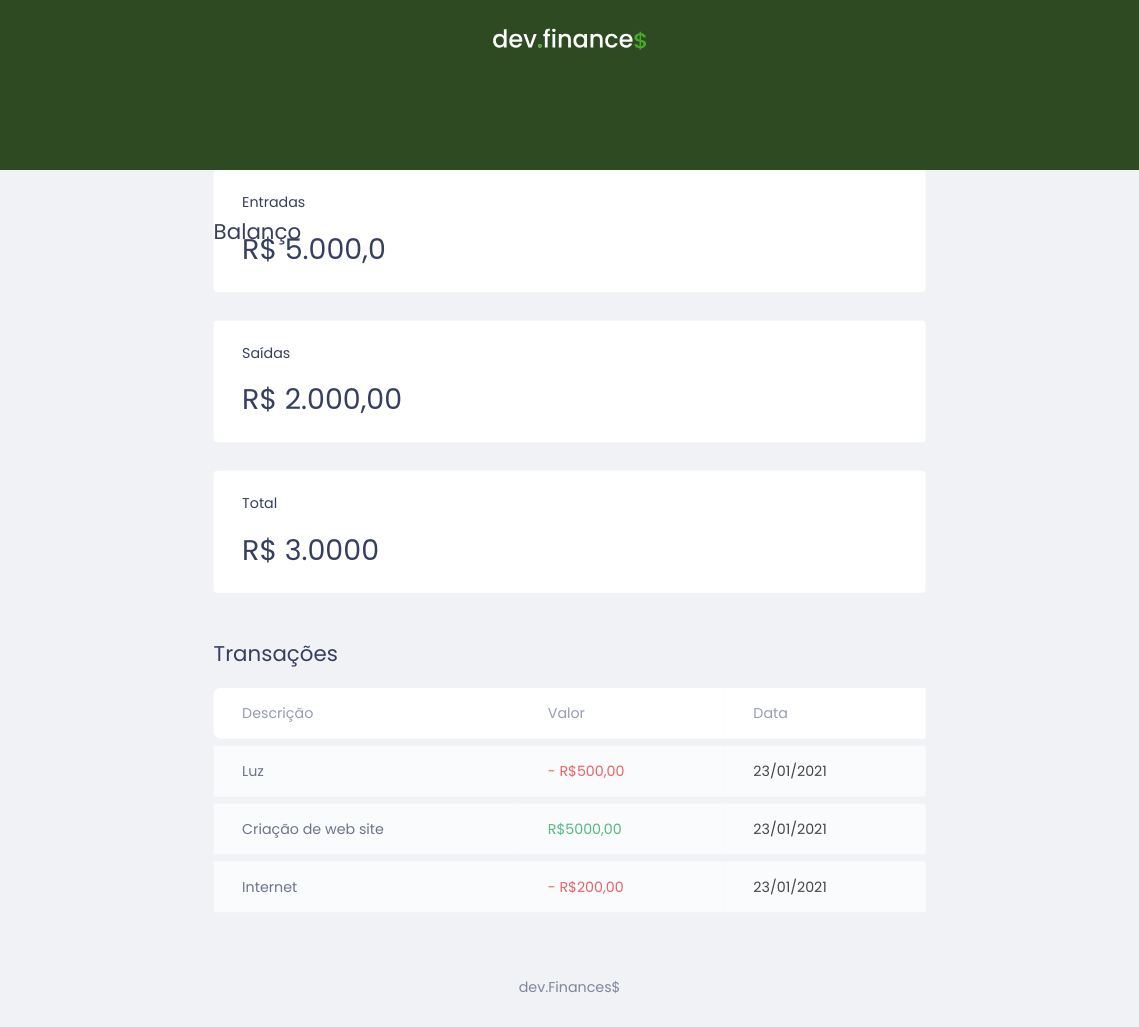
Repository: rafaelmgr12/maratona-dev01
Page: index.html
An editor plug-in stored every save of this project. The page is shown before and after the next save, followed by the edit.
The browser window is 1280 px wide. The pictures show the whole page, at 89% of full size.

Above is the page before, as saved 2021-04-27 19:51:18.

After the next save:
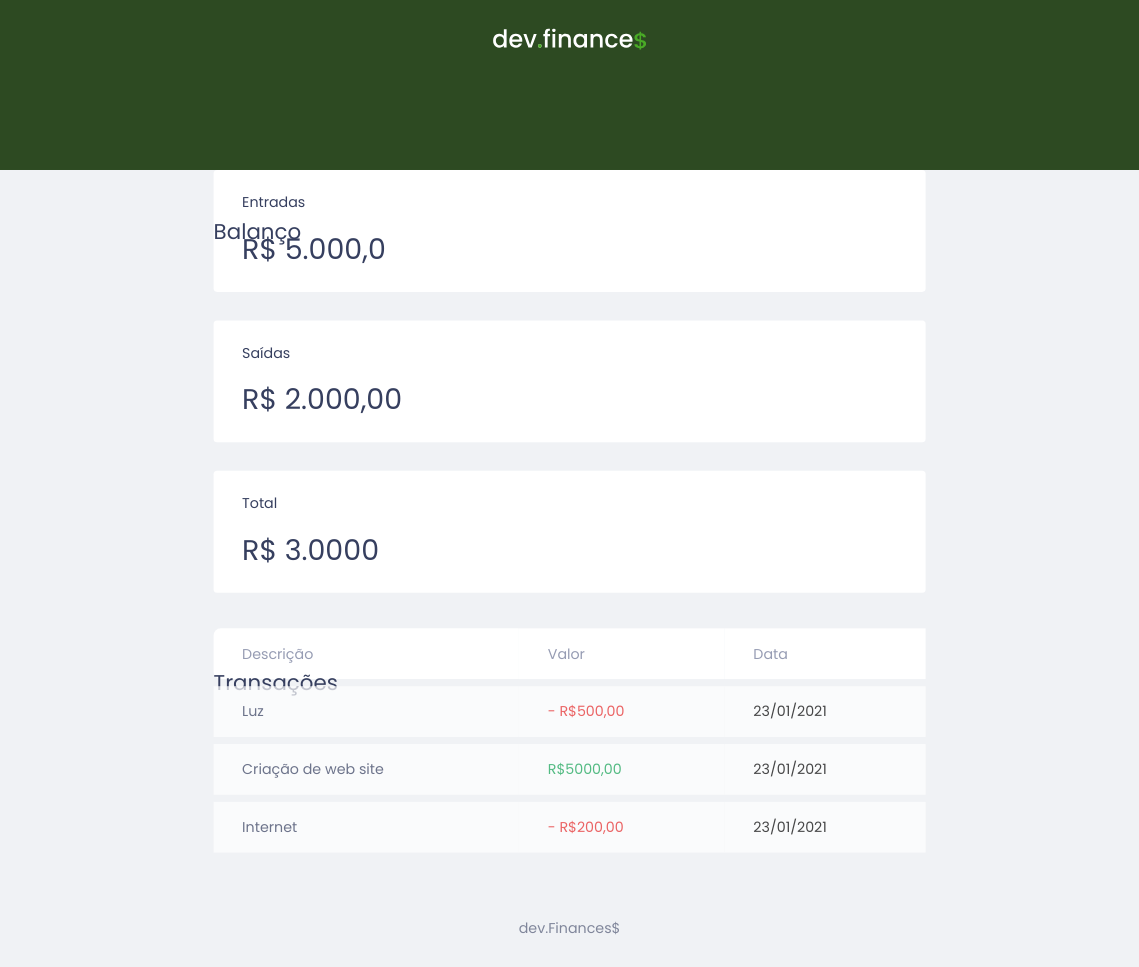
Saved 2 min 6 s later.
--- a/index.html
+++ b/index.html
@@ -32,7 +32,7 @@
         </div>
       </section>
       <section id = "transaction">
-        <h2>Transações</h2>
+        <h2 class = "sr-only">Transações</h2>
         <table id= "data-table">
           <thead>
             <tr>
